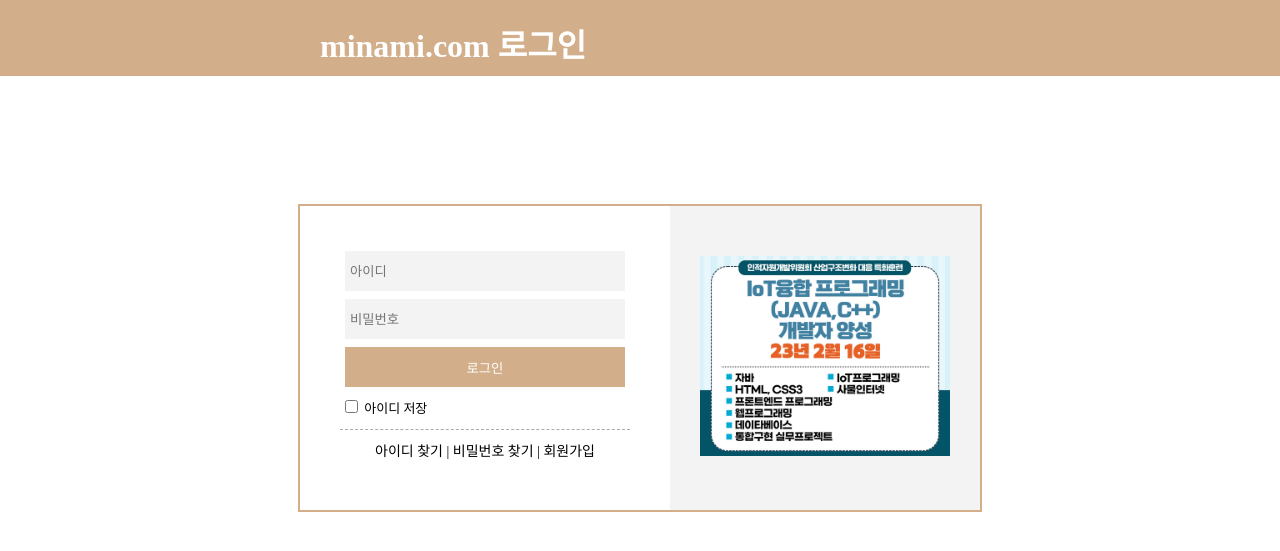
Repository: Minami0717/JSP_Study
Page: http://localhost/JSP_Gall/jsp/loginForm.jsp
The author's editor kept a copy of each file at every save. The page is drawn from the files as they stood at one save, then again after the next save.
The browser window is 1280 px wide. The pictures show the whole page.
The page is served by Tomcat 9. Other server files are loaded and not shown.

Above is the page before, as saved 2023-02-15 06:58:57.

### JSP_Gall/src/main/webapp/jsp/loginForm.jsp
<%@ page language="java" contentType="text/html; charset=UTF-8"
    pageEncoding="UTF-8"%>
<!DOCTYPE html>
<%
	String url = request.getParameter("url");
%>
<html>
<head>
<meta charset="UTF-8">
<title>Insert title here</title>
<style>
	* {margin: 0; padding: 0;}
	header {background: #d2af8a; padding: 20px 25% 10px;}
	header a {color: white;}
	header a:hover {text-decoration: none;}
	div[align=center] {display: inline-block; border: 2px solid #d2af8a; margin: 10% auto; font-size: 13px;}
	div[align=center] > div {float: right; background: #f3f3f3; padding: 50px 30px;}
	form {float: left; padding: 40px;}
	form div {border-top: 1px dashed #aaa; padding: 10px 0; font-size: 14px;}
	body {text-align: center;}
	input {margin: 3px;}
	.input {width: 270px; height: 40px; background: #f3f3f3; border: none; padding: 0 5px;}
	#login {width: 280px; height: 40px; background-color: #d2af8a;
	color: white; border: none; cursor: pointer;}
	.button {height: 30px;}
	a {text-decoration: none; color: black;}
	a:hover {text-decoration: underline;}
	img {width: 250px;}
	table tr:last-child td {padding: 5px 0 10px;}
</style>
</head>
<body>
	<header>
		<h1 align=left><a href=main.jsp>minami.com</a> <a href=>로그인</a></h1>
	</header>
	<div align=center>
		<form action="checkID.jsp?url=<%= url %>" method=post>
			<table>
				<tr>
					<td><input type=text placeholder="아이디" class=input name=code></td>
				</tr>
				<tr>
					<td><input type=password placeholder="비밀번호" class=input name=pw></td>
				</tr>
				<tr>
					<td><input type=submit value=로그인 id=login></td>
				</tr>
				<tr>
					<td><input type="checkbox"> 아이디 저장</td>
				</tr>
			</table>
			<div>
				<a href=#>아이디 찾기</a> | <a href=#>비밀번호 찾기</a> | <a href=joinForm.jsp>회원가입</a>
			</div>
		</form>
		<div>
			<a href=http://www.kcd.or.kr><img src=image/banner1.png></a>
		</div>
	</div>
</body>
</html>

After the next save:
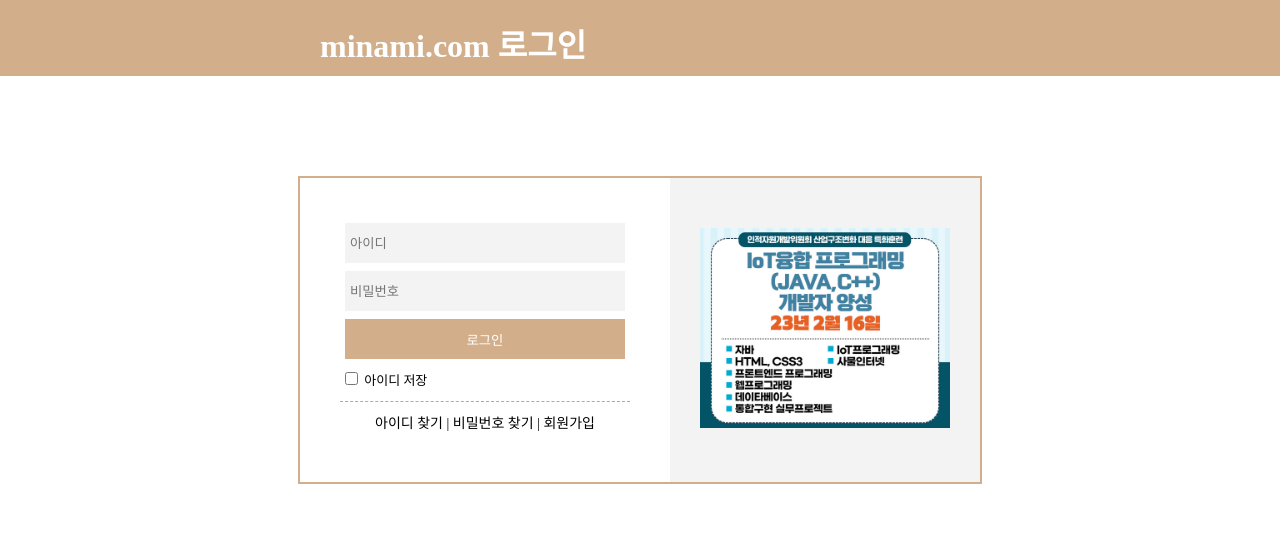
Saved 17 s later.
--- a/JSP_Gall/src/main/webapp/jsp/loginForm.jsp
+++ b/JSP_Gall/src/main/webapp/jsp/loginForm.jsp
@@ -13,7 +13,7 @@
 	header {background: #d2af8a; padding: 20px 25% 10px;}
 	header a {color: white;}
 	header a:hover {text-decoration: none;}
-	div[align=center] {display: inline-block; border: 2px solid #d2af8a; margin: 10% auto; font-size: 13px;}
+	div[align=center] {display: inline-block; border: 2px solid #d2af8a; margin: 100px auto; font-size: 13px;}
 	div[align=center] > div {float: right; background: #f3f3f3; padding: 50px 30px;}
 	form {float: left; padding: 40px;}
 	form div {border-top: 1px dashed #aaa; padding: 10px 0; font-size: 14px;}
